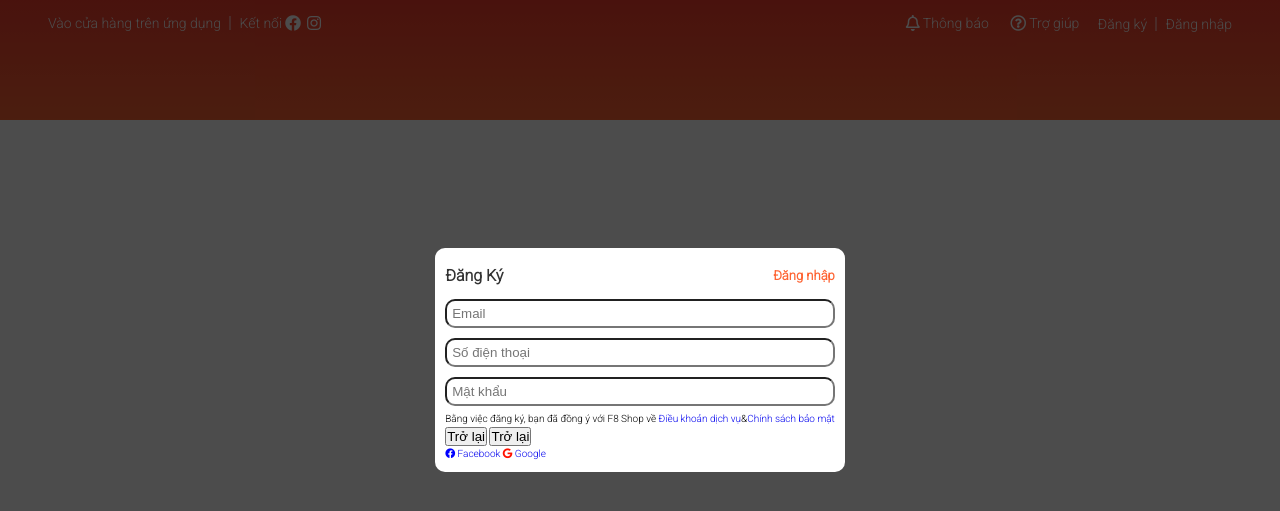
Repository: kebinh1235/Shopee-Demo
Page: index.html
These files come from the project's save history. The page is drawn as it stood at one moment and after the next save; the edit follows.
The browser window is 1280 px wide. The pictures show the whole page.

Above is the page before, as saved 2021-10-01 22:21:25.

### index.html
<!DOCTYPE html>
<html lang="en">

<head>
  <meta charset="UTF-8">
  <meta http-equiv="X-UA-Compatible" content="IE=edge">
  <meta name="viewport" content="width=device-width, initial-scale=1.0">
  <title>F8 Shop</title>
  <link rel="stylesheet" href="./asset/css/main.css">
  <link rel="stylesheet" href="./asset/css/base.css">
  <link rel="stylesheet" href="https://cdnjs.cloudflare.com/ajax/libs/font-awesome/5.15.4/css/all.min.css">
</head>

<body>
  <div class="app">
    <header class="header">
      <div class="grid">
        <nav class="header__navbar">
          <ul class="header__navbar-list">
            <li class="header__navbar-item header__item-separator">
              Vào cửa hàng trên ứng dụng
              <div class="header__navbar-QRCode">
                <div class="header__navbar-QRCode-img">
                  <img
                    src="https://upload.wikimedia.org/wikipedia/commons/thumb/d/d0/QR_code_for_mobile_English_Wikipedia.svg/1200px-QR_code_for_mobile_English_Wikipedia.svg.png"
                    alt="">
                </div>
                <div class="header__navbar-QRCode-social">
                  <a class="header__navbar-QRCode-link" href="#">
                    <i class="fab fa-google header__navbar-QRCode-icon-google"></i>
                    <span class="header__navbar-QRCode-title-google">Google</span>
                  </a>
                  <a class="header__navbar-QRCode-link" href="#">
                    <i class="fab fa-facebook header__navbar-QRCode-icon-facebook"></i>
                    <span class="header__navbar-QRCode-title-facebook">Facebook</span>
                  </a>
                </div>
              </div>
            </li>
            <li class="header__navbar-item">
              <span class="user__select-none">Kết nối</span>
              <a class="header__navbar-link-icon" href="#">
                <i class="fab fa-facebook header__navbar-icon"></i>
              </a>
              <a class="header__navbar-link-icon" href="#">
                <i class="fab fa-instagram header__navbar-icon"></i>
              </a>
            </li>
          </ul>
          <ul class="header__navbar-list">
            <li class="header__navbar-item">
              <a href="#" class="header__navbar-link">
                <i class="far fa-bell header__navbar-icon"></i>
                Thông báo
              </a>
              <div class="header__navbar-notification">
                <div class="header__navbar-noti-heading">
                  <h3>Thông báo nhận hàng</h3>
                </div>
                <ul class="header__navbar-noti-list">
                  <li class="header__navbar-noti-list-item header__navbar-noti-list-viewd">
                    <a class="header__navbar-noti-list-link" href="#">
                      <img src="https://www.oberlo.com/media/1603958036-new-products.jpg" alt="">
                      <div class="header_navbar-noti-content">
                        <span class="header_navbar-noti-name">Xác thực chính hãng nguồn gốc các sản phẩm Ohui</span>
                        <span class="header_navbar-noti-description">Xác thực chính hãng nguồn gốc các sản phẩm
                          Ohui</span>
                      </div>
                    </a>
                  </li>
                  <li class="header__navbar-noti-list-item header__navbar-noti-list-viewd">
                    <a class="header__navbar-noti-list-link" href="#">
                      <img src="https://www.oberlo.com/media/1603958036-new-products.jpg" alt="">
                      <div class="header_navbar-noti-content">
                        <span class="header_navbar-noti-name">Xác thực chính hãng nguồn gốc các sản phẩm Ohui</span>
                        <span class="header_navbar-noti-description">Xác thực chính hãng nguồn gốc các sản phẩm
                          Ohui</span>
                      </div>
                    </a>
                  </li>
                  <li class="header__navbar-noti-list-item">
                    <a class="header__navbar-noti-list-link" href="#">
                      <img src="https://www.oberlo.com/media/1603958036-new-products.jpg" alt="">
                      <div class="header_navbar-noti-content">
                        <span class="header_navbar-noti-name">Xác thực chính hãng nguồn gốc các sản phẩm Ohui</span>
                        <span class="header_navbar-noti-description">Xác thực chính hãng nguồn gốc các sản phẩm
                          Ohui</span>
                      </div>
                    </a>
                  </li>
                </ul>
                <div class="header__navbar-noti-footer">
                  <a class="header__navbar-noti-footer-link" href="#">Xem tất cả</a>
                </div>
              </div>
            </li>
            <li class="header__navbar-item">
              <a href="#" class="header__navbar-link">
                <i class="far fa-question-circle header__navbar-icon"></i>
                Trợ giúp
              </a>
            </li>
            <li class="header__navbar-item">
              <a href="#" class="header__navbar-link header__item-bold header__item-separator">Đăng ký</a>
            </li>
            <li class="header__navbar-item">
              <a href="#" class="header__navbar-link header__item-bold">Đăng nhập</a>
            </li>
          </ul>
        </nav>
      </div>
    </header>

    <div class="container">

    </div>

    <div class="footer">

    </div>
    <!--Modal-->
    <div class="modal">
      <div class="modal__overlay"></div>
      <div class="modal__body">
        <div class="modal__inner">
          <div class="auth__form">
            <div class="auth__form-header">
                <h3 class="auth__form-heading">Đăng Ký</h3>
                <span class="authb__form-btn-switch">Đăng nhập</span>
            </div>
            <div class="auth__form-form">
              <div class="auth__form-group">
                <input class="auth__form-input" type="text" placeholder="Email">
              </div>
              <div class="auth__form-group">
                <input class="auth__form-input" type="text" placeholder="Số điện thoại">
              </div>
              <div class="auth__form-group">
                <input class="auth__form-input" type="text" placeholder="Mật khẩu">
              </div>
            </div>
            <div class="auth__form-note">
              <span>
                Bằng việc đăng ký, bạn đã đồng ý với F8 Shop về
                <a class="auth__form-note-link" href="#">Điều khoản dịch vụ</a>&<a class="auth__form-note-link" href="#">Chính sách bảo mật</a>
              </span>
            </div>
            <div class="auth__form-controls">
              <button class="btn">Trở lại</button>
              <button class="btn btn-primary">Trở lại</button>
            </div>
            <div class="auth__form-social">
              <a href="#" class="btn btn-with-icon">
                <i class="fab fa-facebook header__navbar-QRCode-icon-facebook"></i>
                Facebook
              </a>
              <a href="#" class="btn btn-with-icon">
                <i class="fab fa-google header__navbar-QRCode-icon-google"></i>
                Google
              </a>
            </div>
          </div>
        </div>
      </div>
    </div>
  </div>
</body>

</html>

### asset/css/main.css
.header {
  height: 120px;
  background: linear-gradient(0, #fe6433, #f53e2d)
}
.header__navbar {
  display: flex;
  justify-content: space-between;
  padding: 10px 0;
}
.header__navbar-QRCode{
  background: white;
  height: 200px;
  position: absolute;
  top: 30px;
  padding: 10px;
  display: none;
  animation: fadeIn ease-out .8s;
}
.header__navbar-item:hover .header__navbar-QRCode {
  display: block;
}
.header__navbar-item:hover .header__navbar-notification {
  display: block;
}
.header__navbar-QRCode-img{
  width: 160px;
}
.header__navbar-QRCode-img img {
  width: 100%;
}
.header__navbar-QRCode-social {
  display: flex;
  align-items: center;
  justify-content: space-between;
}
.header__navbar-QRCode-social:before {
  content: '';
  position: absolute;
  top: -8px;
  left: 0;
  width: 100%;
  height: 10px;
  background: transparent;
}
.header__navbar-QRCode-link {
  font-size: 1.4rem;
  color: var(--text-color);
}
.header__navbar-QRCode-title-google:hover {
  color: #ff1100;
  transition: var(--transition-primary);
}
.header__navbar-QRCode-title-facebook:hover {
  color: blue;
  transition: var(--transition-primary);
}
.header__navbar-QRCode-icon-google {
  color: #ff1100;
}
.header__navbar-QRCode-icon-facebook {
  color: blue;
}
.header__navbar-list {
  list-style: none;
}
.header__navbar-item {
  margin: 0 8px;
  position: relative;
  min-height: 26px;
}
.header__item-separator::after {
  content: '';
  position: absolute;
  right: -10px;
  top: 50%;
  transform: translateY(-50%);
  height: 12px;
  border: 1px solid #FB9086;
}
.header__navbar-item,
.header__navbar-link {
  display: inline-block;
  font-size: 1.4rem;
  color: var(--white-color);
  text-decoration: none;
  font-weight: 300;
}
.header__navbar-item:hover,
.header__navbar-link:hover,
.header__navbar-link-icon:hover {
  cursor: pointer;
  color: rgba(255, 255, 255, 0.7);
}
.header__navbar-item,
.header__navbar-link,
.header__navbar-link-icon {
  display: inline-flex;
  align-items: center;
}
.header__navbar-link-icon {
  color: var(--white-color);
}
.header__navbar-icon {
  font-size: 1.6rem;
  margin: 0 3px;
}
.header__item-bold {
  font-weight: 500;
}
.user__select-none {
  cursor: text;
  color: var(--white-color);
}
.header__navbar-notification{
  position: absolute;
  top: 35px;
  right: 0;
  width: 404px;
  background: var(--white-color);
  display: none;
  box-shadow: rgba(0, 0, 0, 0.16) 0px 1px 4px;
  animation: growthUp ease-in .3s;
  will-change: opacity, transform, scale;
  transform-origin: calc(100% - 20px) top;
}
.header__navbar-notification:before {
  content: "";
  position: absolute;
  top: -10px;
  right: 0;
  width: 100%;
  background: transparent;
  height: 15px;
}
.header__navbar-notification:after {
  content: "";
  position: absolute;
  top: -32px;
  right: 10px;
  border: 20px solid #000;
  border-color: transparent transparent var(--white-color) transparent;
}
.header__navbar-noti-heading{
  padding: 10px;
  box-shadow: rgba(0, 0, 0, 0.16) 0px 1px 4px;
  cursor: default;
}
.header__navbar-noti-heading h3 {
  font-size: 1.6rem;
  color: var(--text-color);
}
.header__navbar-noti-list{
  list-style: none;
  box-shadow: rgba(0, 0, 0, 0.16) 0px 1px 1px;
}
.header__navbar-noti-list-item{
  padding: 8px 10px;
}
.header__navbar-noti-list-viewd{
  background: #ffe3e3;
}
.header__navbar-noti-list-item:hover{
  background: #f3c8c8;
  transition: var(--transition-primary);
}
.header__navbar-noti-list-link{
  display: inline-flex;
  align-items: center;
}
.header__navbar-noti-list-link img{
  width: 60px;
  object-fit: contain;
}
.header_navbar-noti-content{
  padding-left: 10px;
}
.header_navbar-noti-name{
  font-size: 1.4rem;
  font-weight: bold;
  color: var(--text-color);
  margin-bottom: 5px;
  line-height: 2rem;
  text-align: justify;
  display: block;
}
.header_navbar-noti-description{
  font-size: 1.3rem;
  color: var(--text-color-rgb-black);
  display: block;
}
.header__navbar-noti-footer{
  padding: 10px;
  text-align: center;
  box-shadow: rgba(0, 0, 0, 10px) 0px 1px 1px;
}
.header__navbar-noti-footer-link{
  color: var(--text-color-rgb-black);
}

/*Start Modal*/
.modal{
  position: fixed;
  /* top: 0;
  right: 0;
  bottom: 0;
  left: 0; */
  inset: 0;
  display: flex;
}
.modal__overlay{
  position: absolute;
  width: 100%;
  height: 100%;
  background: rgba(0, 0, 0, 0.7);
}
.modal__body{
  margin: auto;
  background: var(--white-color);
  overflow: hidden;
  z-index: 1;
  border-radius: 10px;
}
.modal__inner{
  padding: 10px;
}
.auth__form{

}
.auth__form-header{
  display: flex;
  justify-content: space-between;
  align-items: center;
  padding: 10px 0;
}
.auth__form-heading{
  font-size: 1.6rem;
  color: var(--text-color);
  font-weight: bold;
}
.authb__form-btn-switch{
  font-size: 1.3rem;
  color: var(--primary-color);
  font-weight: bold;
}
.auth__form-form{

}
.auth__form-group{
  padding: 5px 0;
  width: 100%;
}
.auth__form-input {
  width: 100%;
  padding: 5px;
  border-radius: 10px;
  overflow: hidden;
}
.auth__form-note{

}
.auth_form-text {

}
.auth__form-controls{

}
.auth__form-social{

}

/*End Modal*/

### asset/css/base.css
@import url('https://fonts.googleapis.com/css2?family=Roboto:wght@300&display=swap');
:root {
  --white-color: #fff;
  --black-color: #000;
  --primary-color: #fe6433;
  --text-color: #333;
  --text-color-rgb-black: rgba(0, 0, 0, 0.7);
  --transition-primary: all .2s linear;
  --btn-primary: linear-gradient(0, #fe6433, #f53e2d);
}

* {
  margin: 0;
  padding: 0;
  box-sizing: inherit;
  text-decoration: none;
}

html {
  font-size: 62.5%;
  line-height: 1.6rem;
  border: none;
  outline: none;
  overflow: hidden;
  box-sizing: border-box;
  font-family: 'Roboto', sans-serif;
}

.grid {
  width: 1200px;
  max-width: 100%;
  margin: 0 auto;
}

.grid__full-width {
  width: 100%;
}

.grid__row {
  display: flex;
  flex-wrap: wrap;
}

/*Animation*/
@keyframes fadeIn {
  0% {
    opacity: 0;
  }
  100% {
    opacity: 1;
  }
}

@keyframes growthUp {
  0% {
    opacity: 0;
    transform: scale(0);
  }
  100% {
    opacity: 1;
    transform: scale(1);
  }
}

After the next save:
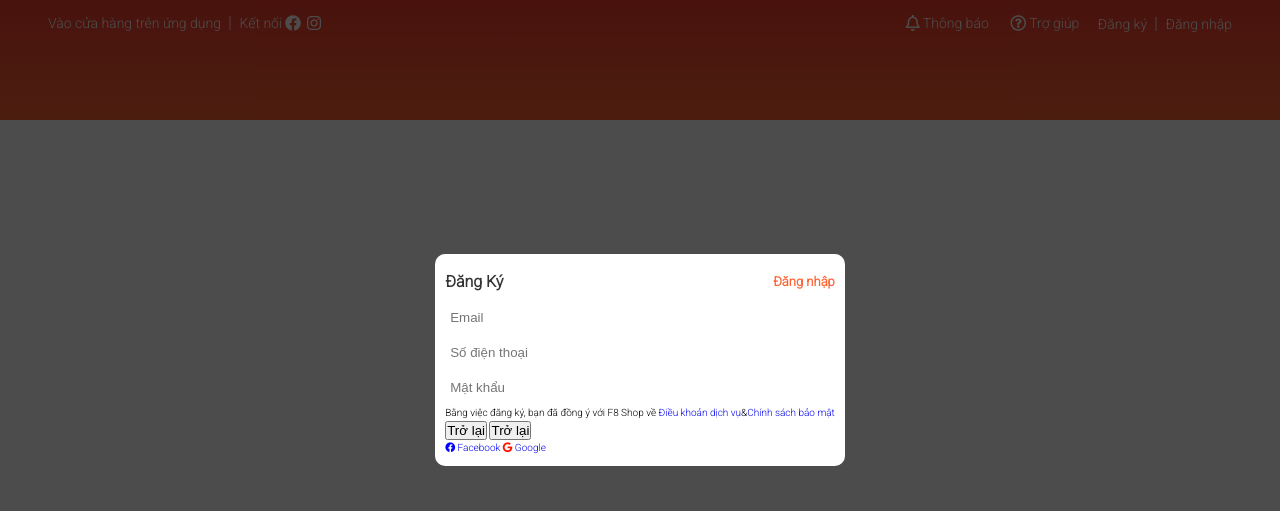
Saved 11 s later.
--- a/asset/css/main.css
+++ b/asset/css/main.css
@@ -254,6 +254,8 @@
   padding: 5px;
   border-radius: 10px;
   overflow: hidden;
+  border: none;
+  outline: none;
 }
 .auth__form-note{
 

After the save that followed:
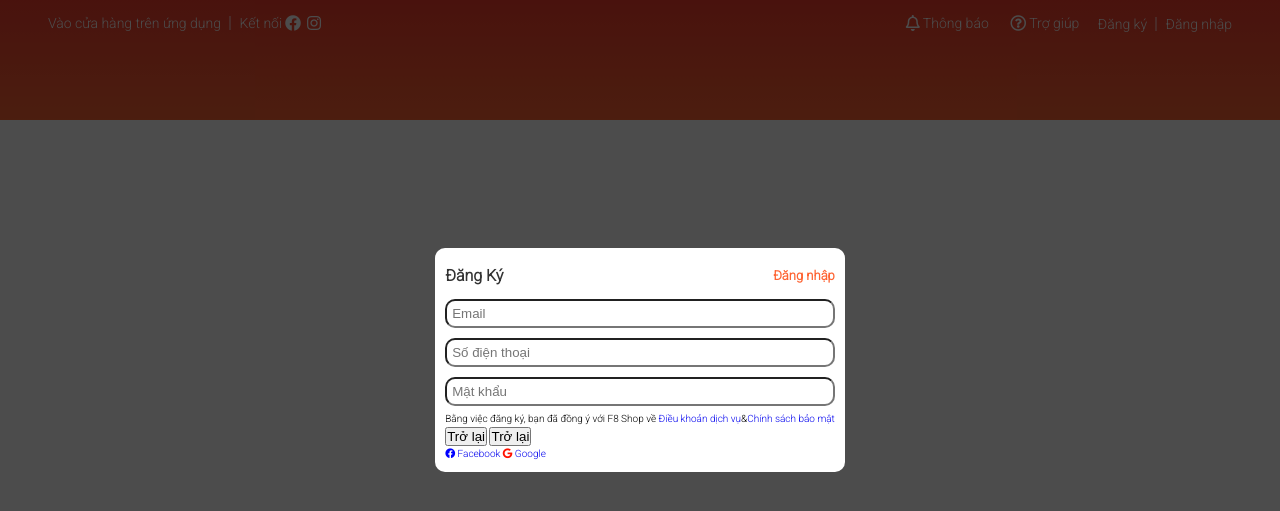
Saved 4 s later.
--- a/asset/css/main.css
+++ b/asset/css/main.css
@@ -254,7 +254,6 @@
   padding: 5px;
   border-radius: 10px;
   overflow: hidden;
-  border: none;
   outline: none;
 }
 .auth__form-note{
